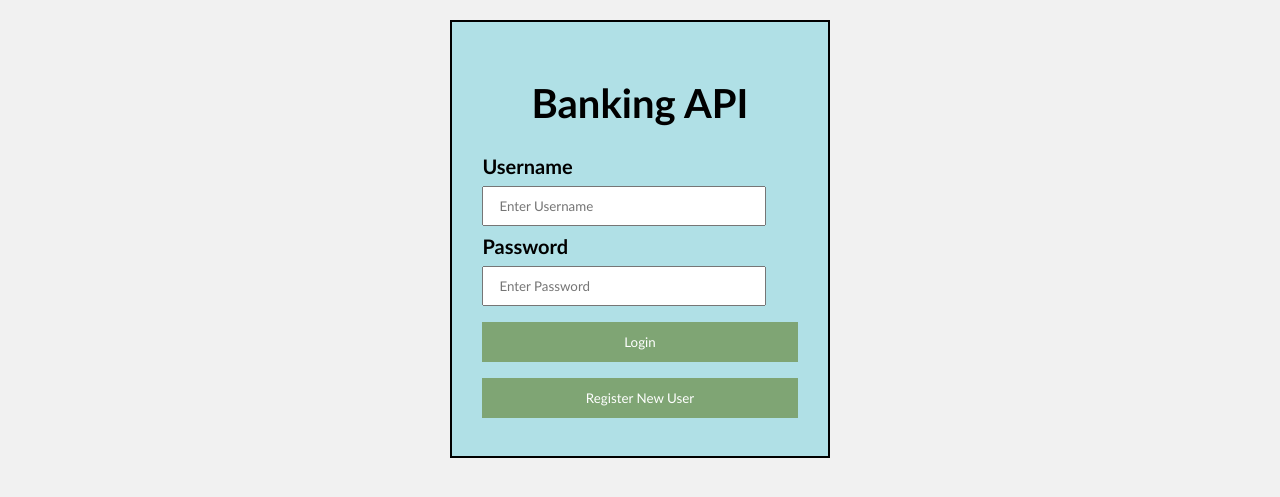
Repository: kennyufish/Revature_ROCP1_Project_Banking_API
Page: http://localhost/banking_api/
An editor plug-in stored every save of this project. The page is shown before and after the next save, followed by the edit.
The browser window is 1280 px wide. The pictures show the whole page.
The page is served by Tomcat 9.

Above is the page before, as saved 2020-10-11 00:40:52.

After the next save:
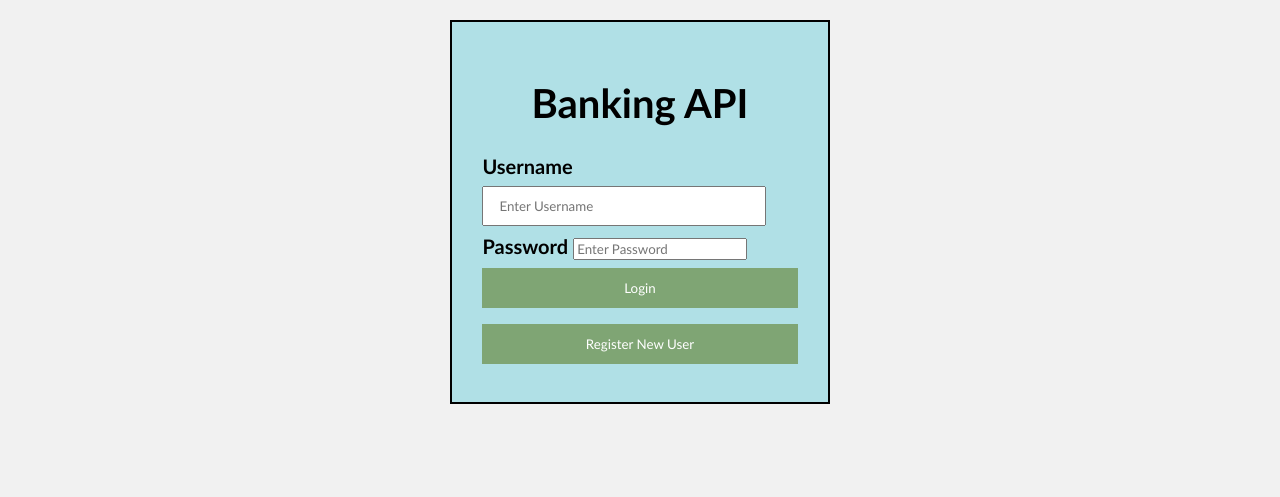
Saved 10 s later.
--- a/banking_api/src/main/webapp/bankapi.css
+++ b/banking_api/src/main/webapp/bankapi.css
@@ -3,7 +3,7 @@
 	box-sizing: border-box;
 }
 
-input[type=text], input[type=password] {
+.loginInput {
 	width: 90%;
 	padding: 10px 15px;
 	margin: 8px 0;
